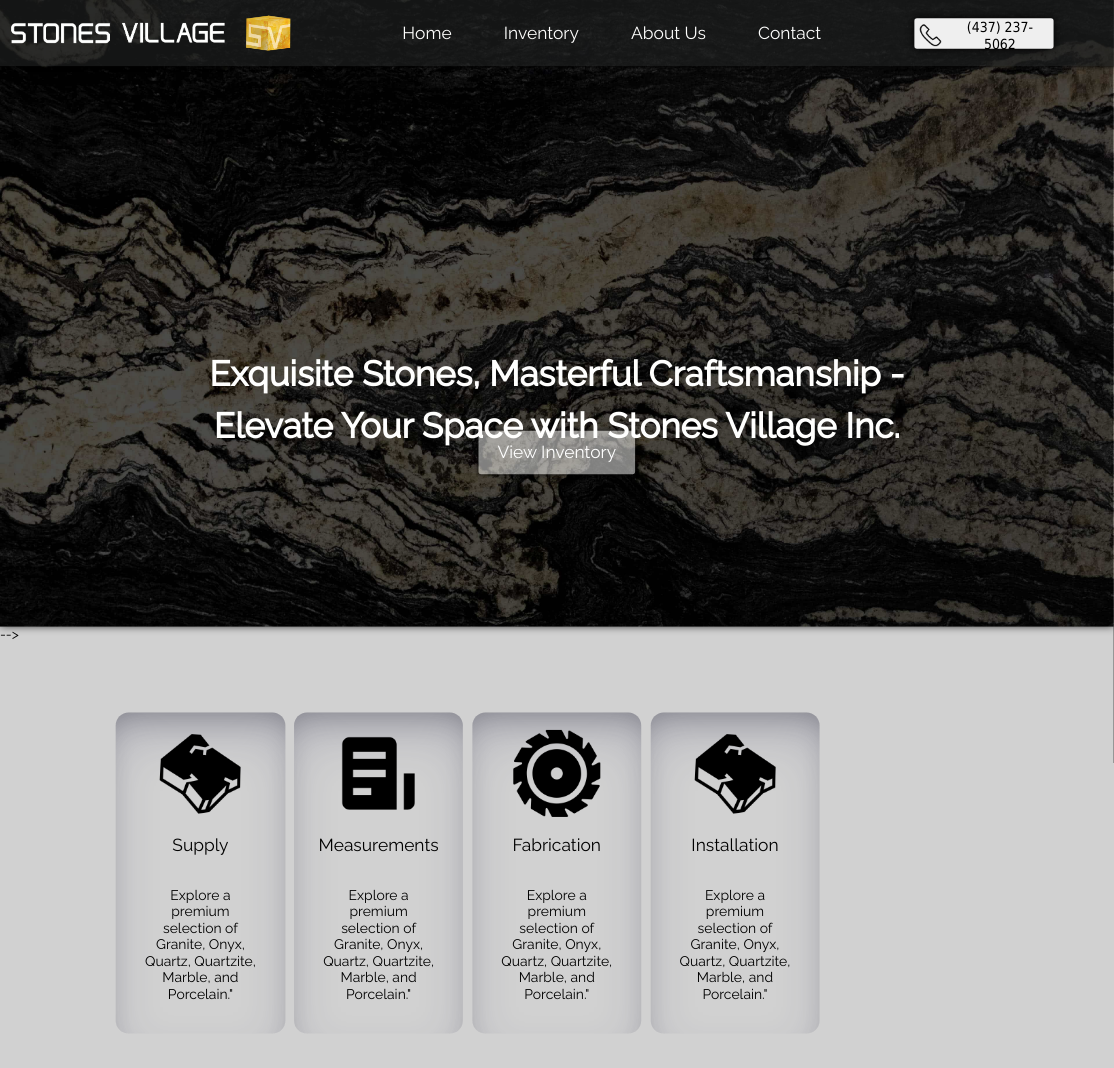
Repository: shayanabedi98/Stones-Village
Page: index.html
An editor plug-in stored every save of this project. The page is shown before and after the next save, followed by the edit.
The browser window is 1280 px wide. The pictures show the whole page, at 87% of full size.
Backgrounds fixed to the window are drawn as part of the page.

Above is the page before, as saved 2023-10-22 17:16:23.

### index.html
<!DOCTYPE html>
<html lang="en">
<head>
    <meta charset="UTF-8">
    <meta name="viewport" content="width=device-width, initial-scale=1.0">
    <title>Stones Village | Home</title>
    <link rel="preconnect" href="https://fonts.googleapis.com">
    <link rel="preconnect" href="https://fonts.gstatic.com" crossorigin>
    <link href="https://fonts.googleapis.com/css2?family=Raleway&display=swap" rel="stylesheet">
    <link rel="stylesheet" href="styles.css">
</head>
<body>
    <div class="navbar">
        <div class="logo">
            <img id="logo-name" src="./resources/sv-name.png" alt="Company name">
            <img id="logo-cube" src="./resources/sv-cube.png" alt="Company logo">
        </div>
        <div class="navbar-menu">
            <ul>
                <li><a href="./">Home</a></li>
                <li><a href="./inventory">Inventory</a></li>
                <li><a href="./about-us">About Us</a></li>
                <li><a href="./contact">Contact</a></li>
            </ul>
        </div>
        <div class="navbar-tel">
            <button><a href="tel:+14372375062">
                <img src="./resources/telephone-svgrepo-com.png" alt="Contact By Number">
                (437) 237-5062
            </a></button>
        </div>
    </div>
    <div class="grid-container">
        <div class="banner">
            <!-- Background Image -->
        </div>
        <div class="banner-overlay">
            <h1>Exquisite Stones, Masterful Craftsmanship - Elevate Your Space with Stones Village Inc.</h1>
            <button>View Inventory</button>
        </div>
        <!-- <div class="services-container">
            <h2>Welcome</h2>
            <h3>Stones Village is a beacon of excellence in the stone industry, conveniently situated in Concord, Ontario, yet extending our top-notch services and products across the entire nation. With a rich history and unparalleled expertise in supplying, fabricating, and installing premium-quality Granite, Onyx, Quartz, and Porcelain, we have carved out a reputation for reliability, craftsmanship, and aesthetic excellence.</h3>


            <!-- Free Quotations
Stonica Group Inc. offers no-obligation, comprehensive quotes for all project sizes. Our experts provide a detailed cost estimate, ensuring transparency and no hidden charges.


Measurements
We use advanced tools for precise project measurements, considering the environment and potential challenges to ensure seamless integration of our fabrications into your space.


Fabrication
Our high-quality fabrication service is handled by a skilled team and cutting-edge facilities. We handle various materials and complexities, ensuring the finished product meets the highest industry standards.


Installation
Our trained professionals carry out careful and precise installations. We also perform comprehensive checks post-installation, ensuring a perfect fit and function. Your satisfaction is our ultimate goal. -->
        </div> -->
        <div class="card-container">
            <div class="card">
                <img src="./resources/stone-tablet-svgrepo-com.png" alt="Icon of Stone Slab">
                <div class="card-text">
                    <p class="card-name">Supply</p>
                    <p class="card-description">Explore a premium selection of Granite, Onyx, Quartz, Quartzite, Marble, and Porcelain."</p>
                </div>
            </div>
            <div class="card">
                <img src="./resources/invoice-svgrepo-com.png" alt="Icon of Stone Slab">
                <div class="card-text">
                    <p class="card-name">Measurements</p>
                    <p class="card-description">Explore a premium selection of Granite, Onyx, Quartz, Quartzite, Marble, and Porcelain."</p>
                </div>
            </div>
            <div class="card">
                <img src="./resources/saw-svgrepo-com.png" alt="Icon of Stone Slab">
                <div class="card-text">
                    <p class="card-name">Fabrication</p>
                    <p class="card-description">Explore a premium selection of Granite, Onyx, Quartz, Quartzite, Marble, and Porcelain."</p>
                </div>
            </div>
            <div class="card">
                <img src="./resources/stone-tablet-svgrepo-com.png" alt="Icon of Stone Slab">
                <div class="card-text">
                    <p class="card-name">Installation</p>
                    <p class="card-description">Explore a premium selection of Granite, Onyx, Quartz, Quartzite, Marble, and Porcelain."</p>
                </div>
            </div>
        </div>
    </div>
    <script src="./index.js"></script>
</body>
</html>

### styles.css
body {
    background-color: #d1d1d1;
    color: #000000;
    font-family: 'Raleway', sans-serif;
    margin: 0;
    padding: 0;
}

.navbar {
    display: grid;
    grid-template-columns: 0.5fr 1fr 0.5fr;
    background-color: rgba(29, 31, 31, 0.7);
    box-shadow: 0 0 5px 0 rgb(0, 0, 0);
    padding: 10px;
    position: fixed;
    width: 100%;
    z-index: 1;
}

.logo {
    display: flex;
    align-items: center;
    justify-content: center;
}

#logo-cube {
    height: 42px;
    margin-left: 20px;
    cursor: pointer;
}

#logo-name {
    height: 28px;
    cursor: pointer;
}

.navbar-menu {
    display: grid;
    align-items: end;
}

.navbar-menu ul {
    display: flex;
    align-content: center;
    justify-content: center;
    list-style-type: none;
}

.navbar-menu a {
    text-decoration: none;
    color: #FFFFFE;
    font-size: 20px;
    margin-left: 60px;
}

.navbar-menu a:hover {
    color: #E0B739;
    transition: 0.3s;
    border-bottom: 8px solid #E0B739;
}

.navbar-menu a:not(:hover) {
    color: #FFFFFE;
    border-bottom: 0px;
    transition: 0.3s;
}

.navbar-tel {
    display: flex;
    justify-content: center;
    align-items: center;
}

.navbar-tel button {
    height: 35px;
    width: 160px;
    border: none;
    border-radius: 3px;
    box-shadow: 0 0 10px 0 rgb(0, 0, 0);
}

.navbar-tel img {
    height: 25px;
    margin-right: 12px;
}

.navbar-tel a {
    text-decoration: none;
    color: black;
    font-family: Tahoma, Verdana, sans-serif;
    font-size: 16px;
    display: flex;
    align-items: center;
    justify-content: center;
}

.banner {
    background-attachment: fixed;
    height: 100vh;
    background-size: 2100px;
    background-repeat: no-repeat;
    background-position: 0 -400px;
    transition: opacity 1s ease-in-out, background-size 0s, background-position 0s;
}

.banner-overlay {
    background-color: rgba(0, 0, 0, 0.7);
    box-shadow: 0 0 10px 0 black;
    display: grid;
    grid-template-rows: 0.8fr 1fr;
    justify-items: center;
    align-items: center;
    text-align: center;
    position: absolute;
    height: 100vh;
    width: 100%;
    top: 0;
}

.banner-overlay h1 {
    margin: 0;
    color: #FFFFFE;
    position: relative;
    font-size: 40px;
    top: 300px;
    width: 70%;
    line-height: 60px;
}

.banner-overlay button {
    font-family: 'Raleway', sans-serif;
    background-color: rgba(255, 255, 254, 0.5);
    color: white;
    border: none;
    border-radius: 3px;
    font-size: 20px;
    width: 180px;
    height: 50px;
    box-shadow: 0 0 2px 0 black;
    cursor: pointer;
}

.banner-overlay button:hover {
    box-shadow: 0 0 15px 0 black;
    background-color: rgb(224, 183, 57);
    transition: 0.3s;
}

.banner-overlay button:not(:hover) {
    box-shadow: 0 0 5px 0 black;
    transition: 0.3s;
}

.services-container, .card-container {
    margin: 40px auto;
}

.services-container {
    display: grid;
    grid-template-rows: 1fr 1fr;
    justify-items: center;
    margin-top: 80px;
    width: 80%;
}

.services-container h2, h3 {
    display: grid;
    justify-items: center;
}

.card-container {
    display: grid;
    width: 80%;
    grid-template-columns: repeat(5, 1fr);
    justify-items: center;
    margin-top: 80px;
}

.card {
    width: 90%;
    display: grid;
    justify-items: center;
    border-radius: 15px;
    box-shadow: rgba(50, 50, 93, 0.25) 0px 30px 60px -12px inset, rgba(0, 0, 0, 0.3) 0px 18px 36px -18px inset;
    padding: 20px 5px;
}

.card img {
    height: 100px;
}

.card-text {
    display: grid;
    text-align: center;
    justify-items: center;
}

.card-name {
    font-size: 20px;
}

.card-description {
    width: 75%;
}

### index.js
const banner = document.querySelector('.banner');
const bannerImg = ['./resources/aaron-huber-G7sE2S4Lab4-unsplash.jpg', './resources/black-marble-texture2-min2.jpg', './resources/engin-akyurt-m555vEfryhE-unsplash.jpg', './resources/marble-2398956_1920.jpg'];
let bannerImgIndex = 0;
const logoName = document.querySelector('#logo-name');
const logoCube = document.querySelector('#logo-cube');
const navbar = document.querySelector('.navbar');

logoCube.addEventListener('click', () => {
    window.location.replace('./')
})

logoCube.addEventListener('mouseover', () => {
    navbar.style.backgroundColor = 'rgba(224, 183, 57,0.3)'
    navbar.style.transition = '4s'
})

logoCube.addEventListener('mouseout', () => {
    navbar.style.backgroundColor = 'rgba(29, 31, 31, 0.7)'
    navbar.style.transition = '2s'
})

logoName.addEventListener('click', () => {
    window.location.replace('./')
})

logoName.addEventListener('mouseover', () => {
    navbar.style.backgroundColor = 'rgba(224, 183, 57,0.3)'
    navbar.style.transition = '4s'
})

logoName.addEventListener('mouseout', () => {
    navbar.style.backgroundColor = 'rgba(29, 31, 31, 0.7)'
    navbar.style.transition = '2s'
})

const bannerImgChanger = () => {
    banner.style.opacity = '0'
    bannerImgIndex = (bannerImgIndex + 1) % bannerImg.length;
    banner.style.background = `url(${bannerImg[bannerImgIndex]})`;

    if (bannerImgIndex === 0) {
        banner.style.backgroundSize = '2100px';
        banner.style.backgroundPosition = '0 -400px'
        banner.style.backgroundAttachment = 'fixed';
        banner.style.opacity = '1'
        banner.style.transition = 'opacity 1s ease-in, background-size 0s, background-position 0s;';
        setTimeout(() => {
            banner.style.opacity = '0'
        }, 7000)

    } else if (bannerImgIndex === 1) {
        banner.style.backgroundSize = '2000px';
        banner.style.backgroundAttachment = 'fixed';
        banner.style.opacity = '1'
        banner.style.transition = 'opacity 1s ease-in, background-size 0s, background-position 0s;';
        setTimeout(() => {
            banner.style.opacity = '0'
        }, 7000)

    } else if (bannerImgIndex === 2) {
        banner.style.backgroundAttachment = 'fixed';
        banner.style.opacity = '1'
        banner.style.transition = 'opacity 1s ease-in, background-size 0s, background-position 0s;';
        setTimeout(() => {
            banner.style.opacity = '0'
        }, 7000)
    } else if (bannerImgIndex === 3) {
        banner.style.backgroundAttachment = 'fixed';
        banner.style.opacity = '1'
        banner.style.transition = 'opacity 1s ease-in, background-size 0s, background-position 0s;';
        setTimeout(() => {
            banner.style.opacity = '0'
        }, 7000)
    }
};

bannerImgChanger();

setInterval(bannerImgChanger, 8000)

After the next save:
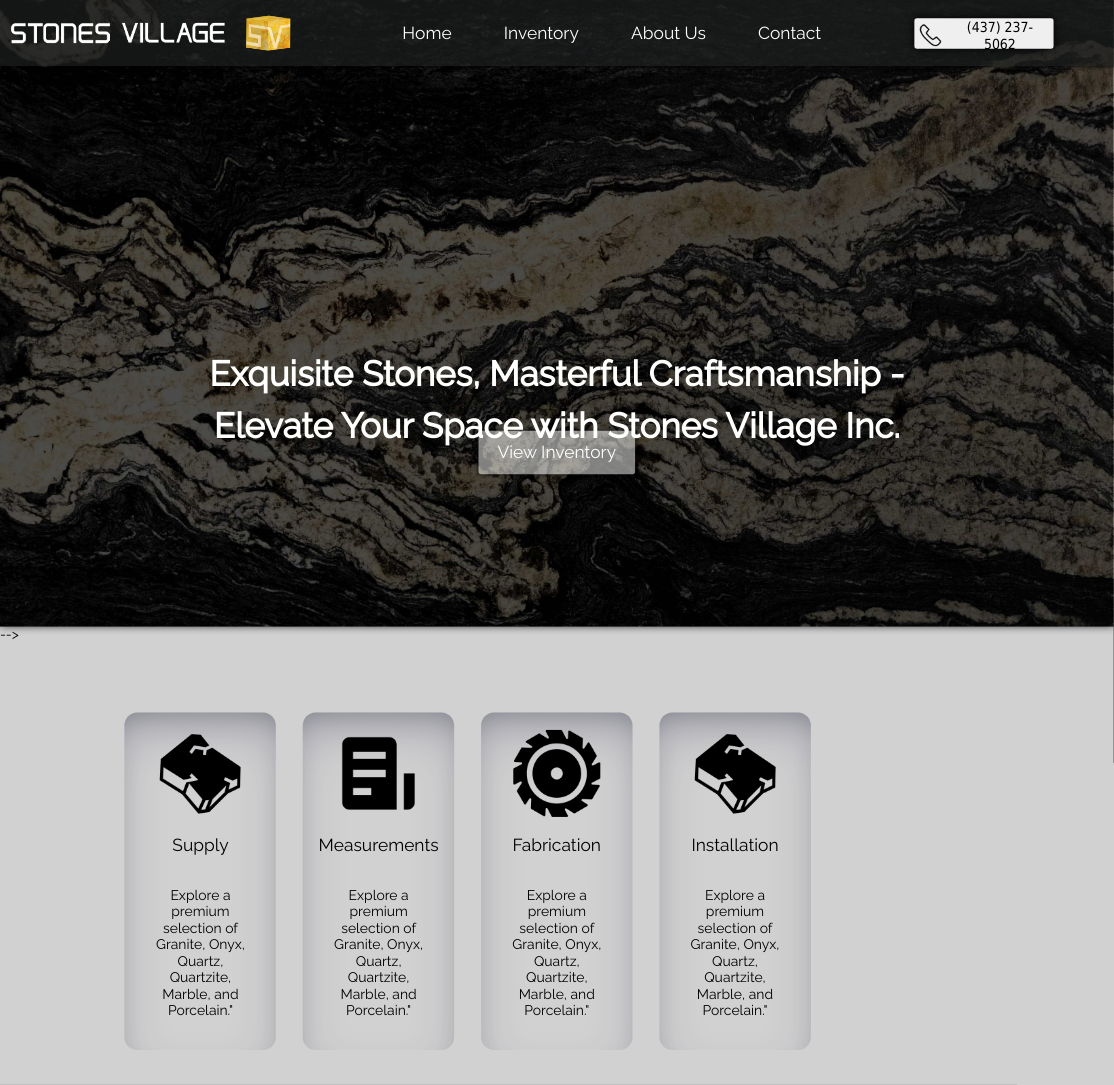
Saved 31 s later.
--- a/styles.css
+++ b/styles.css
@@ -177,7 +177,7 @@ body {
 }
 
 .card {
-    width: 90%;
+    width: 80%;
     display: grid;
     justify-items: center;
     border-radius: 15px;
